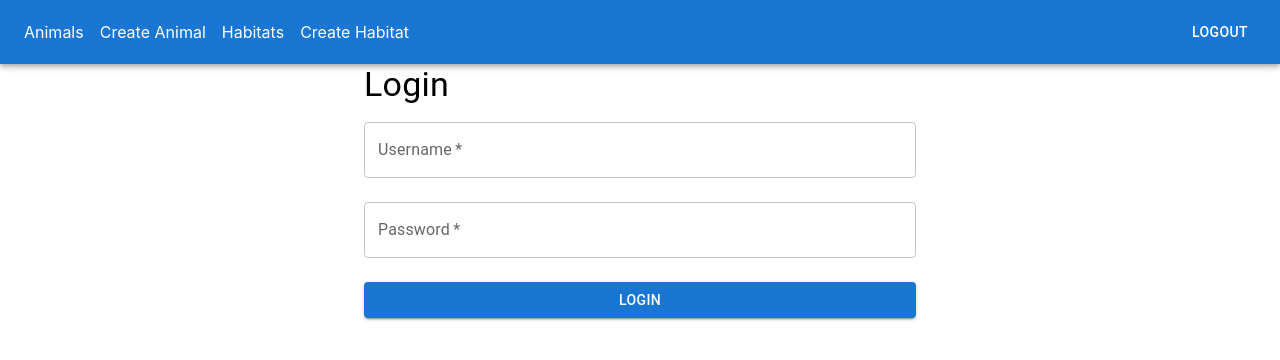
Repository: maomao7788/Digital-Zoo-Management1
Page: / (app in frontend/)
The author's editor kept a copy of each file at every save. The page is drawn from the files as they stood at one save, then again after the next save.
The browser window is 1280 px wide. The pictures show the whole page.
The project was rebuilt for these pictures with package versions that can differ from the ones it lists, and the page was loaded fresh each time. Also part of the build but not shown: frontend/src/services/api.ts, frontend/src/pages/AnimalList.tsx, frontend/src/pages/CreateAnimal.tsx, frontend/src/pages/EditAnimal.tsx, frontend/src/pages/HabitatList.tsx, frontend/src/pages/CreateHabitat.tsx, frontend/src/pages/EditHabitat.tsx.

Above is the page before, as saved 2025-02-25 06:16:20.

### frontend/src/App.tsx
import { BrowserRouter as Router, Route, Routes, useNavigate } from 'react-router-dom';
import AnimalList from './pages/AnimalList';
import CreateAnimal from './pages/CreateAnimal';
import Login from './pages/Login';
import PrivateRoute from './components/PrivateRoute';
import { AppBar, Toolbar, Link, Button, Box } from '@mui/material';
import { logout } from './services/authApi';
import EditAnimal from './pages/EditAnimal';
import HabitatList from './pages/HabitatList';
import CreateHabitat from './pages/CreateHabitat';
import EditHabitat from './pages/EditHabitat';

function App() {
  const handleLogout = () => {
    logout();
    window.location.href = '/login';
  };

  return (
    <Router>
      <AppBar position="static">
        <Toolbar>
          {/* Navigation Links */}
          <Link href="/" color="inherit" underline="none" sx={{ mr: 2 }}>Animals</Link>
          <Link href="/create" color="inherit" underline="none" sx={{ mr: 2 }}>Create Animal</Link>
          <Link href="/habitats" color="inherit" underline="none" sx={{ mr: 2 }}>Habitats</Link>
          <Link href="/create-habitat" color="inherit" underline="none" sx={{ mr: 2 }}>Create Habitat</Link>
          <Box sx={{ flexGrow: 1 }}></Box>
          {/* Logout Button */}
          <Button color="inherit" onClick={handleLogout}>Logout</Button>
        </Toolbar>
      </AppBar>

      {/* Route Definitions */}
      <Routes>
        {/* Authentication Routes */}
        <Route path="/login" element={<Login />} />

        {/* Animal Management Routes */}
        <Route path="/" element={<PrivateRoute><AnimalList /></PrivateRoute>} />
        <Route path="/create" element={<PrivateRoute><CreateAnimal /></PrivateRoute>} />
        <Route path="/edit/:id" element={<EditAnimal />} />

        {/* Habitat Management Routes */}
        <Route path="/habitats" element={<PrivateRoute><HabitatList /></PrivateRoute>} />
        <Route path="/create-habitat" element={<PrivateRoute><CreateHabitat /></PrivateRoute>} />
        <Route path="/edit-habitat/:id" element={<PrivateRoute><EditHabitat /></PrivateRoute>} />
      </Routes>
    </Router>
  );
}

export default App;

### frontend/src/pages/Login.tsx
import React, { useState, useEffect } from 'react';
import { useNavigate } from 'react-router-dom';
import { login } from '../services/authApi';
import {
  TextField,
  Button,
  Container,
} from '@mui/material';
import { Typography } from '@mui/material';

const Login = () => {
  const [username, setUsername] = useState('');
  const [password, setPassword] = useState('');
  const navigate = useNavigate();

  // Redirect to homepage if already logged in
  useEffect(() => {
    if (localStorage.getItem('access_token')) {
      navigate('/');
    }
  }, [navigate]);

  // Handle form submission and login logic
  const handleSubmit = async (e: React.FormEvent) => {
    e.preventDefault();
    try {
      const response = await login(username, password);
      localStorage.setItem('access_token', response.data.access);
      localStorage.setItem('refresh_token', response.data.refresh);
      alert('Login successful!');
      navigate('/'); // Redirect after successful login
    } catch (error) {
      console.error('Login failed:', error);
      alert('Invalid credentials. Please try again.');
    }
  };

  return (
    <Container maxWidth="sm">
      <Typography variant="h4">Login</Typography>
      <form onSubmit={handleSubmit}>
        <TextField
          label="Username"
          fullWidth
          margin="normal"
          value={username}
          onChange={(e) => setUsername(e.target.value)}
          required
        />
        <TextField
          label="Password"
          type="password"
          fullWidth
          margin="normal"
          value={password}
          onChange={(e) => setPassword(e.target.value)}
          required
        />
        <Button
          type="submit"
          variant="contained"
          color="primary"
          fullWidth
          sx={{ mt: 2 }}
        >
          Login
        </Button>
      </form>
    </Container>
  );
};

export default Login;

### frontend/src/components/PrivateRoute.tsx
import React, { ReactNode, JSX } from 'react';
import { Navigate } from 'react-router-dom';


interface PrivateRouteProps {
  children: ReactNode;
}
const PrivateRoute = ({ children }: PrivateRouteProps): JSX.Element => {
  const token = localStorage.getItem('access_token');

  if (!token) {
    return <Navigate to="/login" replace />;
  }
  return <>{children}</>;
};

export default PrivateRoute;

### frontend/src/services/authApi.ts
import axios from 'axios';

const api = axios.create({
  baseURL: 'http://localhost:8000/zoo/api/',
});

export const login = (username: string, password: string) => {
  return api.post('token/', { username, password });
};

// export const register = (username: string, email: string, password: string) => {
//   return api.post('register/', { username, email, password });
// };

export const logout = () => {
  localStorage.removeItem('access_token');
  localStorage.removeItem('refresh_token');
};

Loaded but not shown: frontend/public/index.html (common file); frontend/src/index.tsx (common file); frontend/src/index.css (common file); frontend/src/reportWebVitals.ts (common file)

After the next save:
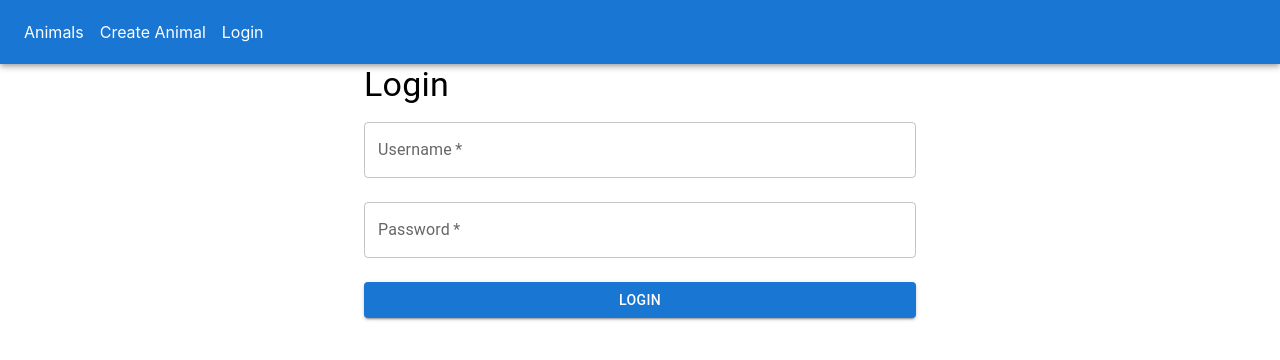
Saved 23 s later.
--- a/frontend/src/App.tsx
+++ b/frontend/src/App.tsx
@@ -1,50 +1,25 @@
-import { BrowserRouter as Router, Route, Routes, useNavigate } from 'react-router-dom';
+import { BrowserRouter as Router, Route, Routes } from 'react-router-dom';
 import AnimalList from './pages/AnimalList';
 import CreateAnimal from './pages/CreateAnimal';
 import Login from './pages/Login';
 import PrivateRoute from './components/PrivateRoute';
-import { AppBar, Toolbar, Link, Button, Box } from '@mui/material';
-import { logout } from './services/authApi';
-import EditAnimal from './pages/EditAnimal';
-import HabitatList from './pages/HabitatList';
-import CreateHabitat from './pages/CreateHabitat';
-import EditHabitat from './pages/EditHabitat';
+import { AppBar, Toolbar, Link } from '@mui/material';
 
 function App() {
-  const handleLogout = () => {
-    logout();
-    window.location.href = '/login';
-  };
-
   return (
     <Router>
       <AppBar position="static">
         <Toolbar>
-          {/* Navigation Links */}
           <Link href="/" color="inherit" underline="none" sx={{ mr: 2 }}>Animals</Link>
           <Link href="/create" color="inherit" underline="none" sx={{ mr: 2 }}>Create Animal</Link>
-          <Link href="/habitats" color="inherit" underline="none" sx={{ mr: 2 }}>Habitats</Link>
-          <Link href="/create-habitat" color="inherit" underline="none" sx={{ mr: 2 }}>Create Habitat</Link>
-          <Box sx={{ flexGrow: 1 }}></Box>
-          {/* Logout Button */}
-          <Button color="inherit" onClick={handleLogout}>Logout</Button>
+          <Link href="/login" color="inherit" underline="none">Login</Link>
         </Toolbar>
       </AppBar>
 
-      {/* Route Definitions */}
       <Routes>
-        {/* Authentication Routes */}
         <Route path="/login" element={<Login />} />
-
-        {/* Animal Management Routes */}
         <Route path="/" element={<PrivateRoute><AnimalList /></PrivateRoute>} />
         <Route path="/create" element={<PrivateRoute><CreateAnimal /></PrivateRoute>} />
-        <Route path="/edit/:id" element={<EditAnimal />} />
-
-        {/* Habitat Management Routes */}
-        <Route path="/habitats" element={<PrivateRoute><HabitatList /></PrivateRoute>} />
-        <Route path="/create-habitat" element={<PrivateRoute><CreateHabitat /></PrivateRoute>} />
-        <Route path="/edit-habitat/:id" element={<PrivateRoute><EditHabitat /></PrivateRoute>} />
       </Routes>
     </Router>
   );
